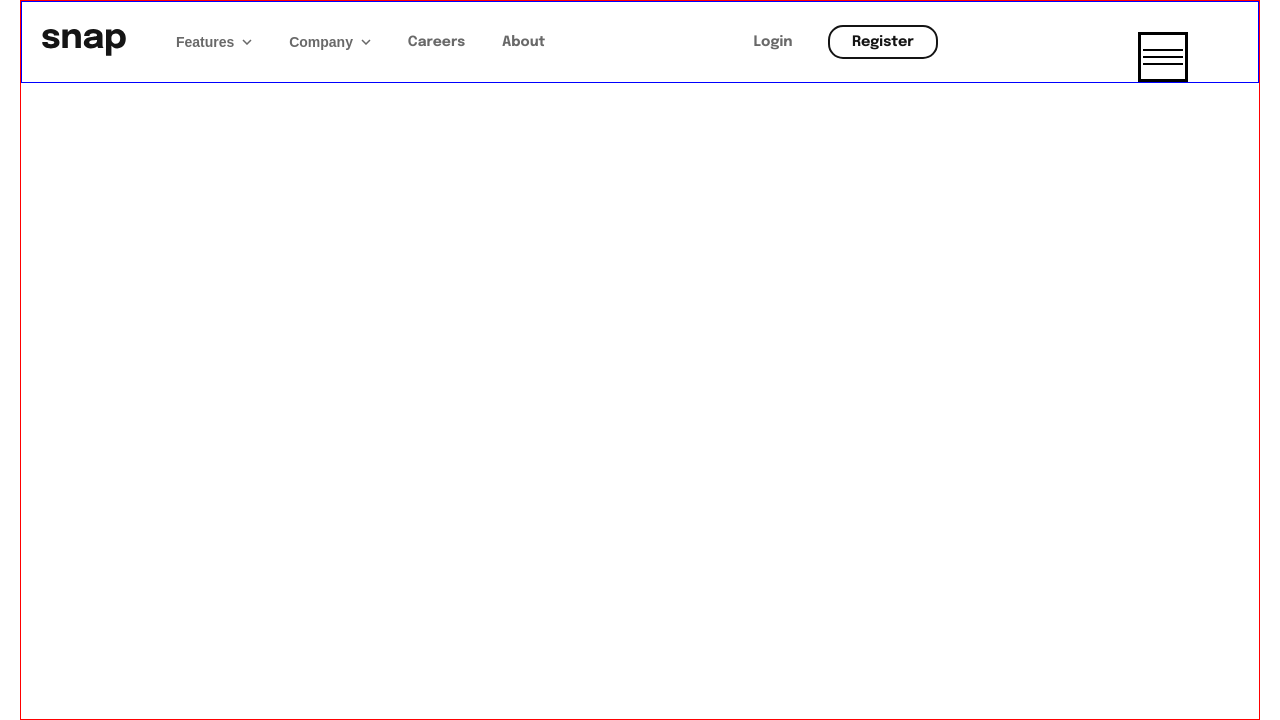
Repository: KamoliddinGIT/intro-section-with-dropdown
Page: index.html
The author's editor kept a copy of each file at every save. The page is drawn from the files as they stood at one save, then again after the next save.
The browser window is 1280 px wide. The pictures show the whole page.

Above is the page before, as saved 2023-09-20 21:23:33.

After the next save:
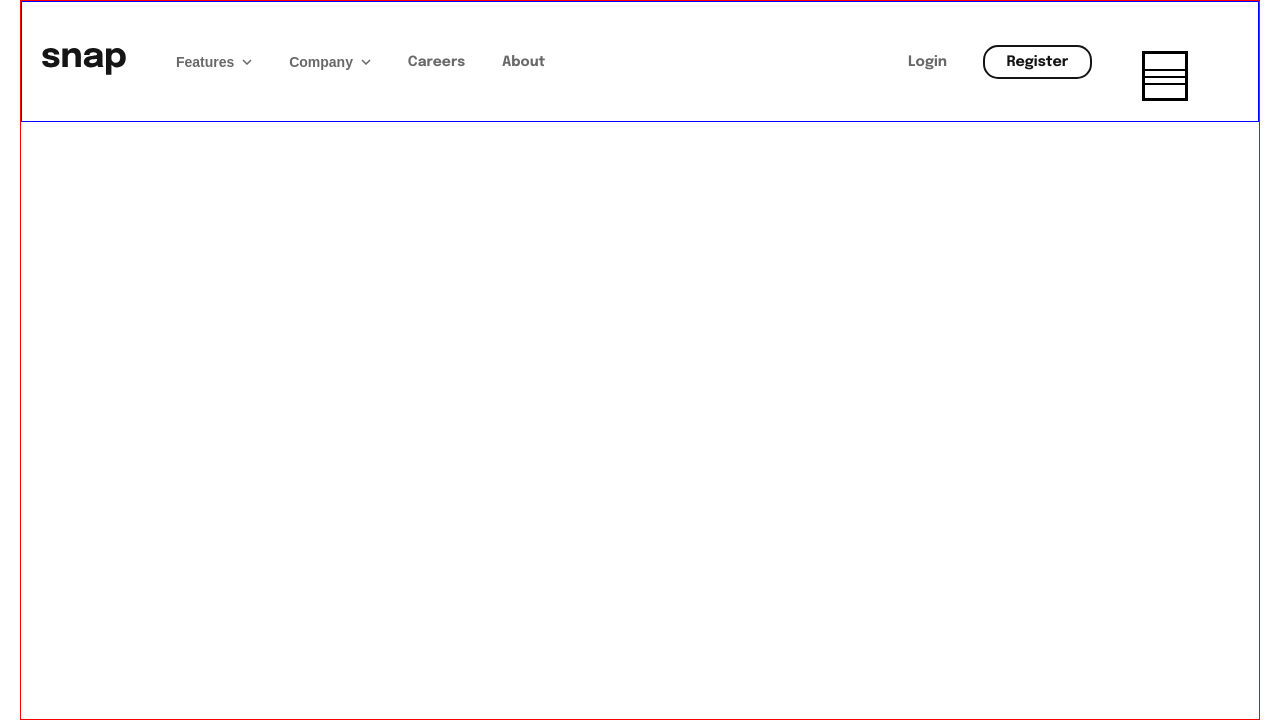
Saved 33 s later.
--- a/index.html
+++ b/index.html
@@ -68,11 +68,11 @@
             <a href="#" class="login">Login</a>
             <a href="#" class="register">Register</a>
           </div>
-          <div class="hamburgers" onclick="burger()">
-            <div class="burger__1" id="b1"></div>
-            <div class="burger__1" id="b2"></div>
-            <div class="burger__1" id="b3"></div>
-          </div>
+        </div>
+        <div class="hamburgers" onclick="burger()">
+          <div class="burger__1" id="b1"></div>
+          <div class="burger__1" id="b2"></div>
+          <div class="burger__1" id="b3"></div>
         </div>
       </div>
     </div>
